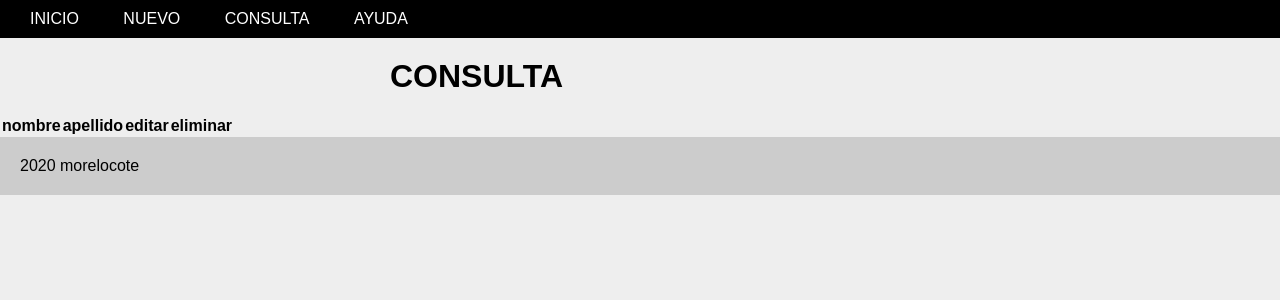
Repository: edgarhdzp/crud-php-poo-mvc-ajax
Page: http://localhost/poomvc/consulta
The author's editor kept a copy of each file at every save. The page is drawn from the files as they stood at one save, then again after the next save.
The browser window is 1280 px wide. The pictures show the whole page.
The page is run by PHP 8.4 with error messages shown; the project is at /var/www/html/. Queries for data that is not in the repository find no rows.

Above is the page before, as saved 2020-06-25 18:06:07.

After the next save:
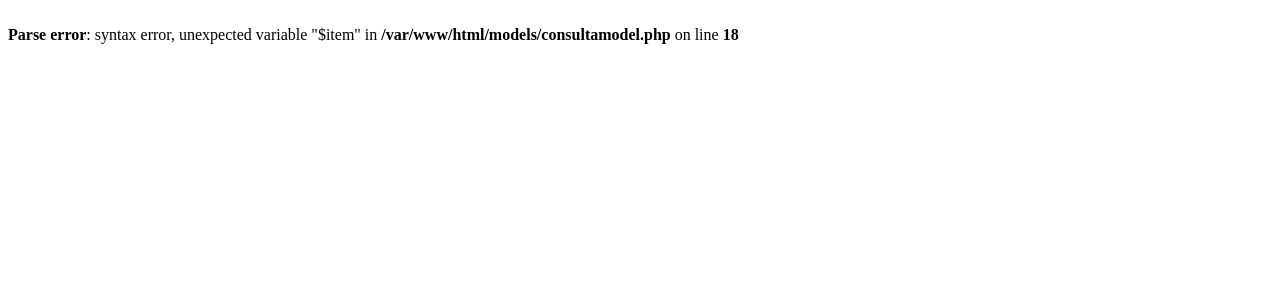
Saved 6 s later.
--- a/models/consultamodel.php
+++ b/models/consultamodel.php
@@ -14,7 +14,7 @@
             $query = $this->db->connect()->query("SELECT * FROM task");
             while($row = $query->fetch()){
                 $item = new Alumno();
-
+                $item->id
                 $item->nombre = $row['nombre'];
                 $item->apellido =$row['apellido'];
 

After the save that followed:
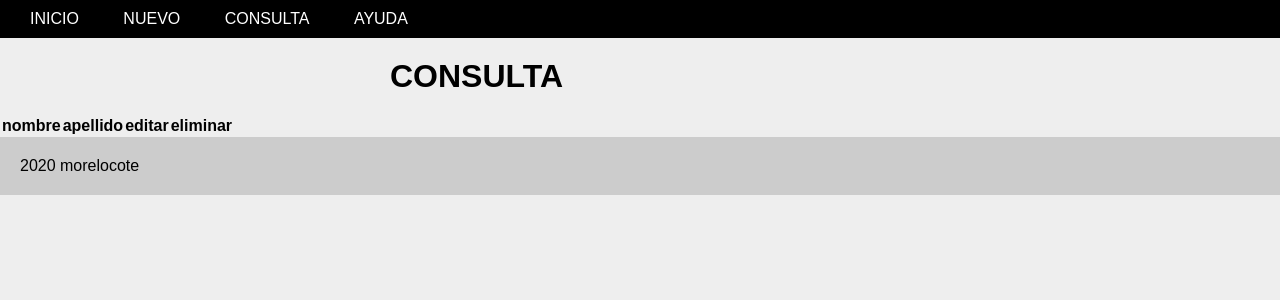
Saved 4 s later.
--- a/models/consultamodel.php
+++ b/models/consultamodel.php
@@ -14,7 +14,7 @@
             $query = $this->db->connect()->query("SELECT * FROM task");
             while($row = $query->fetch()){
                 $item = new Alumno();
-                $item->id
+                $item->id=
                 $item->nombre = $row['nombre'];
                 $item->apellido =$row['apellido'];
 
